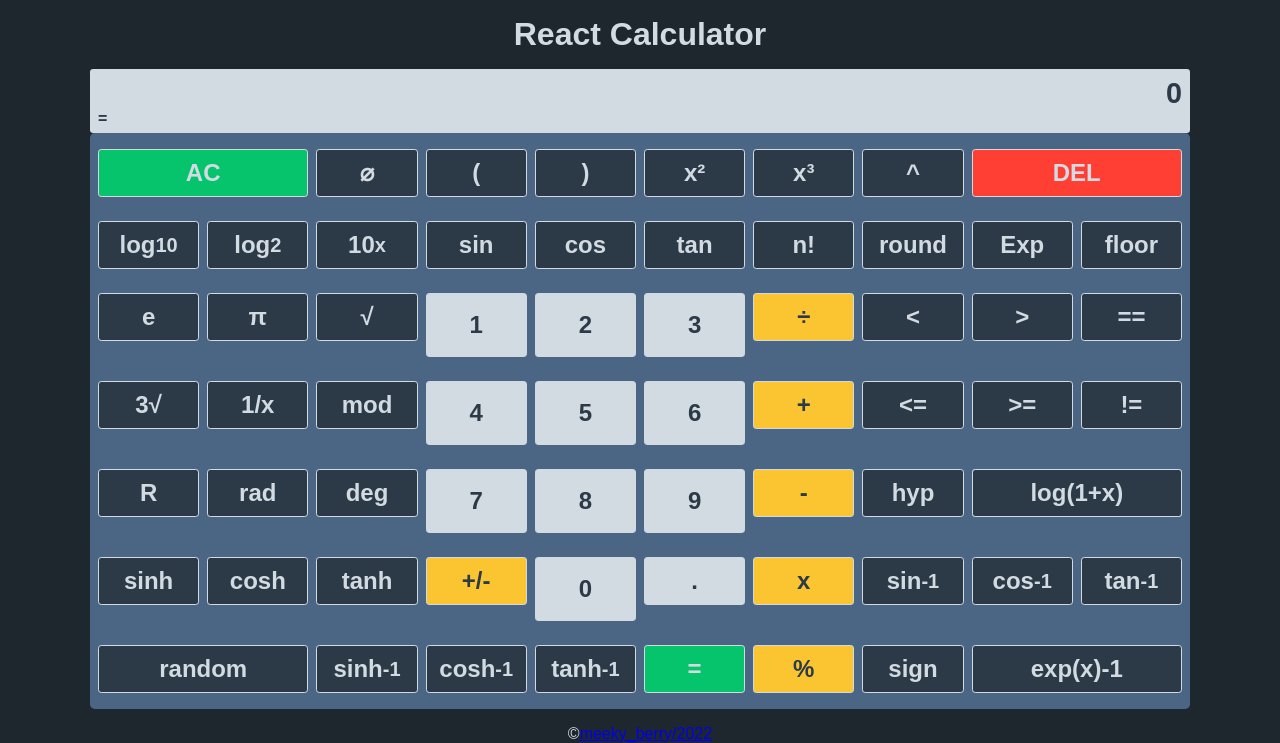
Repository: MikkyPrestige/calculator
Page: /
The author's editor kept a copy of each file at every save. The page is drawn from the files as they stood at one save, then again after the next save.
The browser window is 1280 px wide. The pictures show the whole page.
The project was rebuilt for these pictures with package versions that can differ from the ones it lists, and the page was loaded fresh each time.

Above is the page before, as saved 2022-11-18 05:21:38.

After the next save:
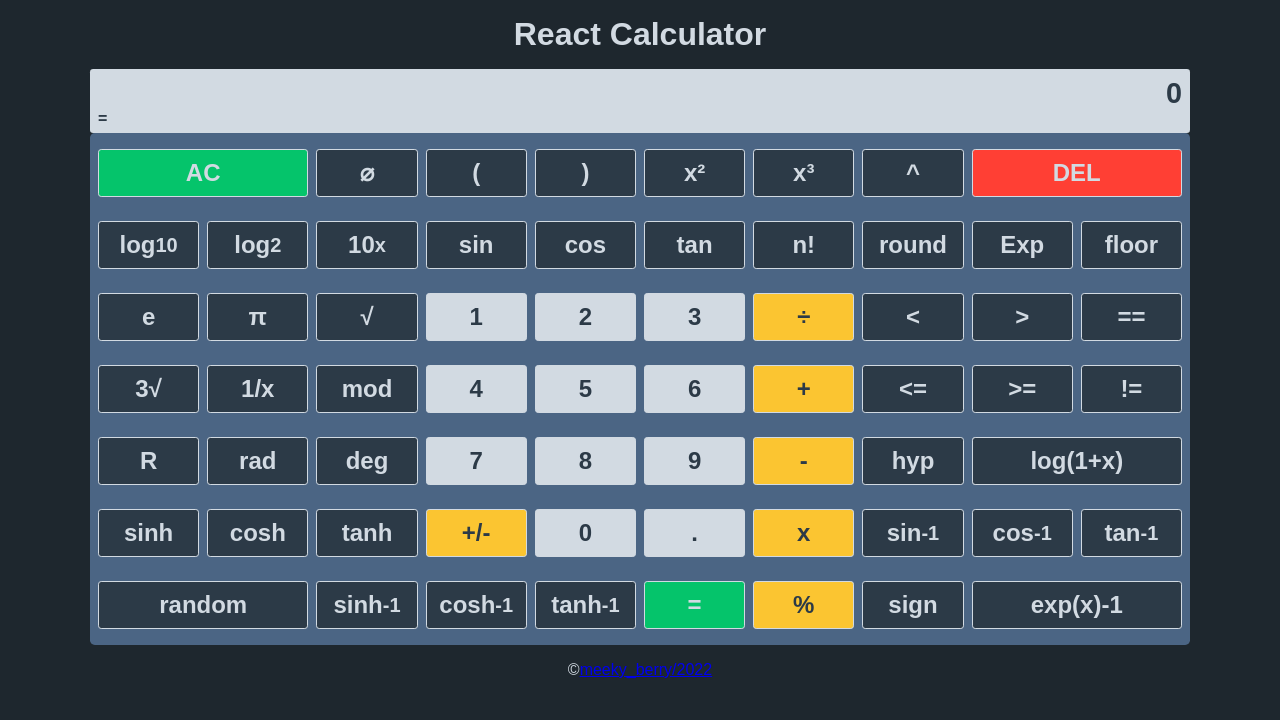
Saved 33 s later.
--- a/src/index.css
+++ b/src/index.css
@@ -103,7 +103,7 @@ body {
   color: #2C3A47;
   font-size: 1.5rem;
   font-weight: 700;
-  height: 4rem;
+  height: 3rem;
   display: flex;
   justify-content: center;
   align-items: center;
